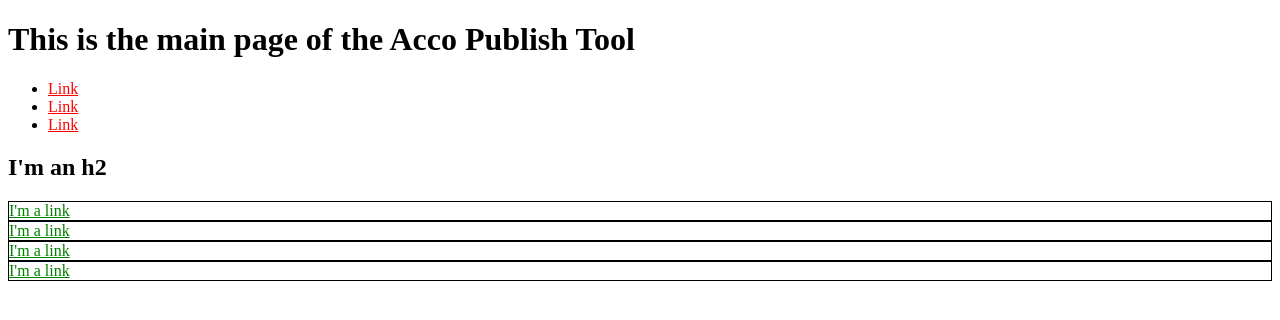
Repository: wimkinnet/Acco_Publish
Page: index.html
The author's editor kept a record of every edit. The page is drawn from the files as they stood at one moment, then again after the next edit.
The browser window is 1280 px wide. The pictures show the whole page.

Above is the page before.

After the next edit:
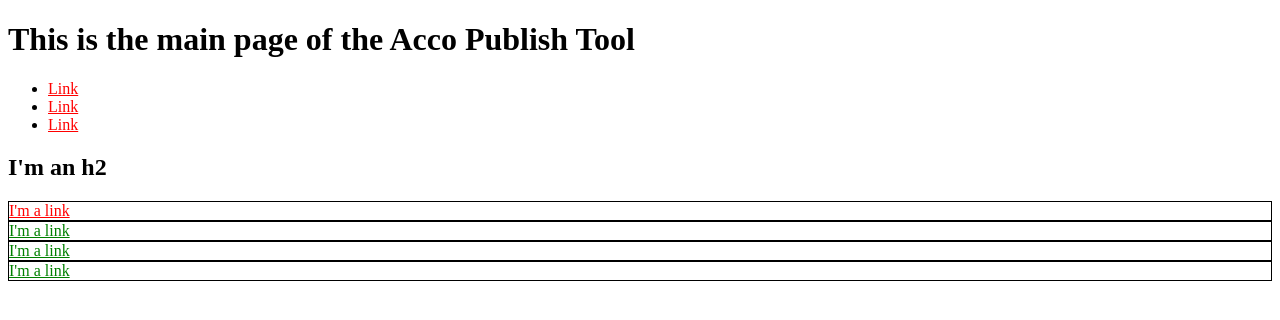
The edit:
--- a/index.html
+++ b/index.html
@@ -8,7 +8,7 @@
         border: 1px solid black;
       }
       a {
-        color: green;
+        color: red;
       }
     </style>
   </head>

After the edit that followed:
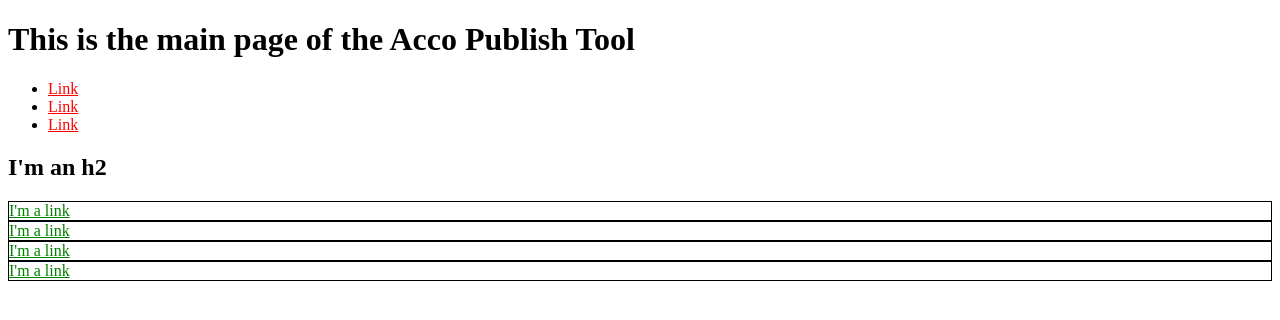
The edit:
--- a/index.html
+++ b/index.html
@@ -27,7 +27,7 @@
     </ul>
     <h2>I'm an h2</h2>
     <div>
-      <a href="http://example.com/">I'm a link</a>
+      <a href="http://example.com/" style="color: green;">I'm a link</a>
     </div>
     <div>
       <a href="http://example.com/" style="color: green;">I'm a link</a>
